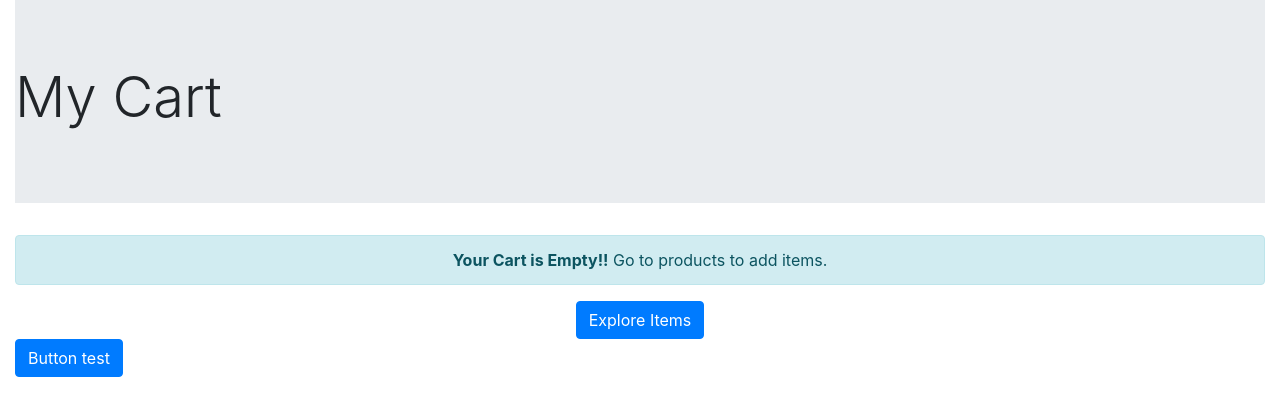
Repository: pravinsakthivel/ecommerce
Page: /cartIems
The author's editor kept a copy of each file at every save. The page is drawn from the files as they stood at one save, then again after the next save.
The browser window is 1280 px wide. The pictures show the whole page.
The project was rebuilt for these pictures with package versions that can differ from the ones it lists, and the page was loaded fresh each time. Also part of the build but not shown: src/components/ProductItem.vue, src/components/UI/ShoppingCartIcon.vue, src/components/UI/NavigationBar.vue, src/components/UI/SearchBar.vue, src/components/UI/ProductDescriptionModal.vue, src/components/ProductList.vue, src/components/PayPalComponent.vue, src/components/PaymentDetails.vue and 4 more.

Above is the page before, as saved 2021-04-10 15:23:18.

After the next save:
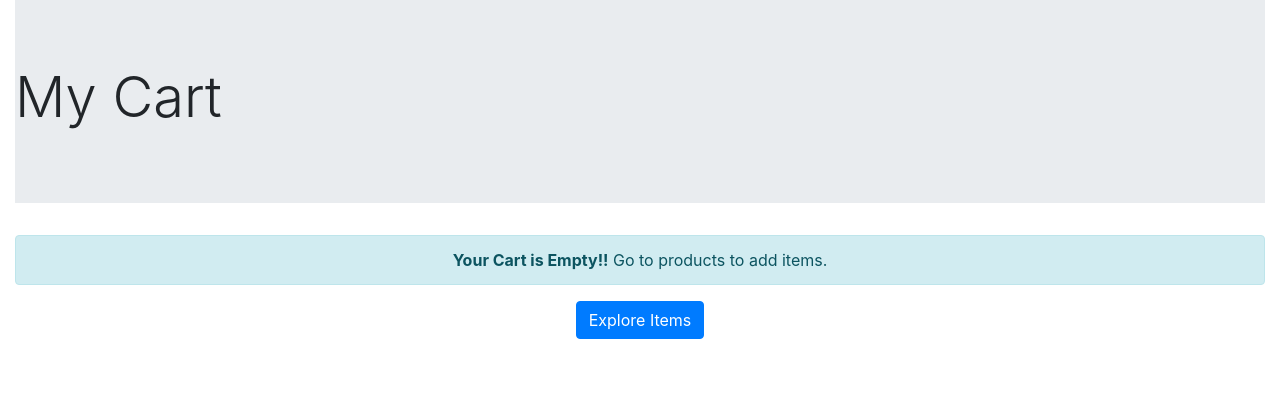
Saved 4 min 0 s later.
--- a/src/components/CartList.vue
+++ b/src/components/CartList.vue
@@ -45,9 +45,6 @@
     <form v-else class="text-center">
       <payment-details></payment-details>
     </form>
-    <div class="sticky-bottom">
-<base-button>Button test</base-button>
-    </div>
   </div>
 </template>
 <script>
